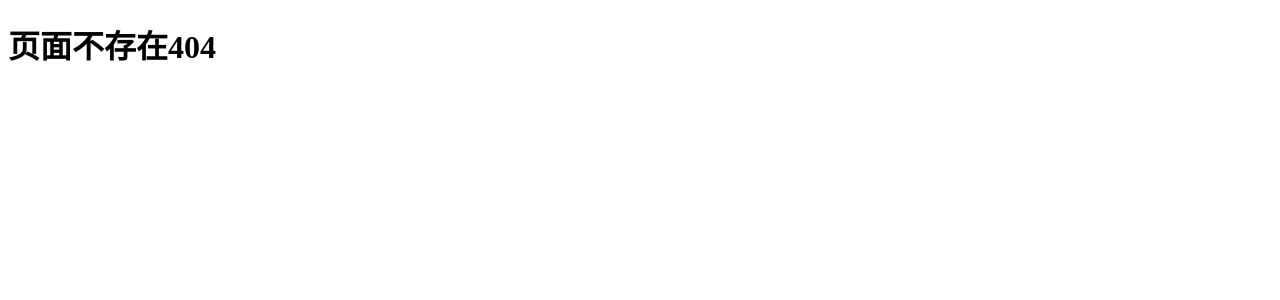
Repository: wangqt93/Ant-design-pro
Page: /form/basic-form
These files come from the project's save history. The page is drawn as it stood at one moment and after the next save; the edit follows.
The browser window is 1280 px wide. The pictures show the whole page.
The project was rebuilt for these pictures with package versions that can differ from the ones it lists, and the page was loaded fresh each time. Imported but missing from the stored project, and not drawn on this page: src/layouts/SiderMenu.

Above is the page before, as saved 2020-11-21 16:46:21.

After the next save:
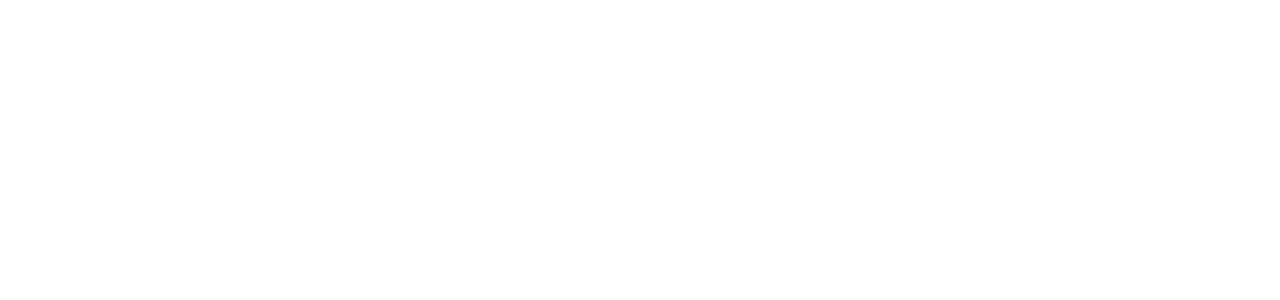
Console error: ReferenceError: routers is not defined
Saved 8 s later.
--- a/src/router/index.js
+++ b/src/router/index.js
@@ -65,11 +65,11 @@
   routes
 });
 
-// routers.beforeEach((to,form,next) =>{
-//   Nprogress.start()
-//   next()
-// })
-// routers.afterEach(() => {
-//   Nprogress.done()
-// })
+routers.beforeEach((to,form,next) =>{
+  Nprogress.start()
+  next()
+})
+routers.afterEach(() => {
+  Nprogress.done()
+})
 export default router;

After the save that followed:
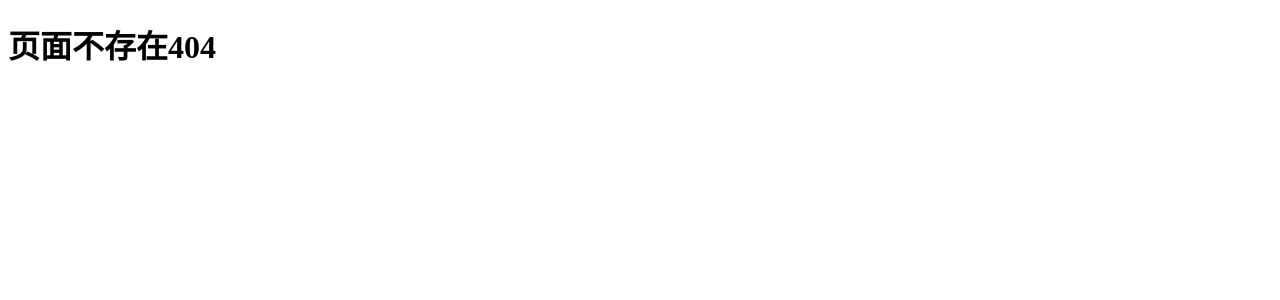
The error is gone.
Saved 2 min 24 s later.
--- a/src/router/index.js
+++ b/src/router/index.js
@@ -65,11 +65,11 @@
   routes
 });
 
-routers.beforeEach((to,form,next) =>{
+router.beforeEach((to,form,next) =>{
   Nprogress.start()
   next()
 })
-routers.afterEach(() => {
+router.afterEach(() => {
   Nprogress.done()
 })
 export default router;
